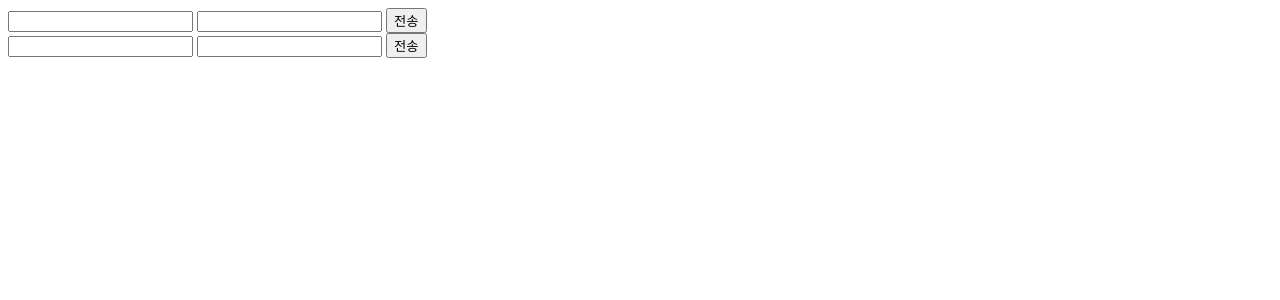
Repository: yejin-yun/server_script_game
Page: http://localhost/JstlPro/input01.jsp
An editor plug-in stored every save of this project. The page is shown before and after the next save, followed by the edit.
The browser window is 1280 px wide. The pictures show the whole page.
The page is served by Tomcat 9.

Above is the page before, as saved 2020-02-09 07:11:20.

### Servlet_JSP/JstlPro/WebContent/input01.jsp
<%@ page language="java" contentType="text/html; charset=UTF-8"
    pageEncoding="UTF-8"%>
<%
	String names[] = {"ABC", "123", "가나다"};
	request.setAttribute("names", names);
	//이렇게 저장한 request를 전달하기 위해서는 forward가 적절함.
%>
<!DOCTYPE html>
<html>
<head>
<meta charset="UTF-8">
<title>Insert title here</title>
</head>
<body>
	<form action="send2.jsp">
		<input type="text" name="num1">
		<input type="text" name="num2">
		<input type="submit" value="전송">
	</form>
	<form action="choose.jsp">
		<input type="text" name="num1">
		<input type="text" name="num2">
		<input type="submit" value="전송">
	</form>
</body>
</html>

### Servlet_JSP/JstlPro/WebContent/for.jsp
<%@ page language="java" contentType="text/html; charset=UTF-8"
    pageEncoding="UTF-8"%>
<%@ taglib prefix="c" uri="http://java.sun.com/jsp/jstl/core" %>
<c:forEach var="i" begin="1" end="10">
	<font size="${i }">hi</font>
</c:forEach>

<c:forEach var="name" items="names">
	<>
</c:forEach>

After the next save:
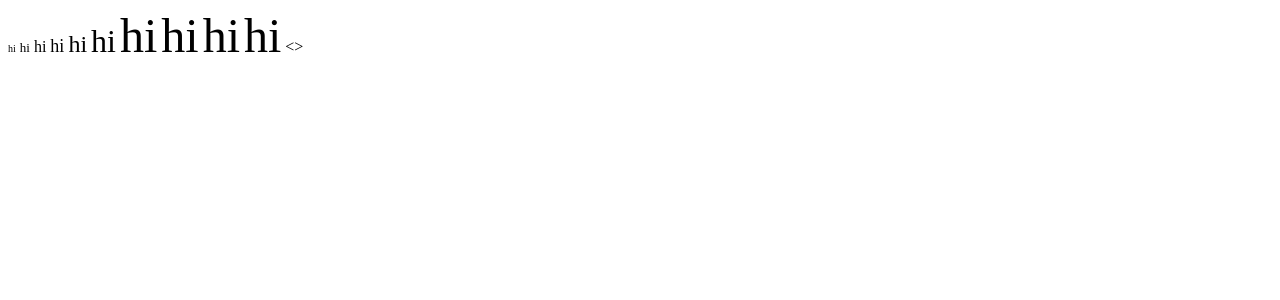
Saved 24 s later.
--- a/Servlet_JSP/JstlPro/WebContent/input01.jsp
+++ b/Servlet_JSP/JstlPro/WebContent/input01.jsp
@@ -5,6 +5,7 @@
 	request.setAttribute("names", names);
 	//이렇게 저장한 request를 전달하기 위해서는 forward가 적절함.
 %>
+<jsp:forward page="for.jsp"></jsp:forward>
 <!DOCTYPE html>
 <html>
 <head>
